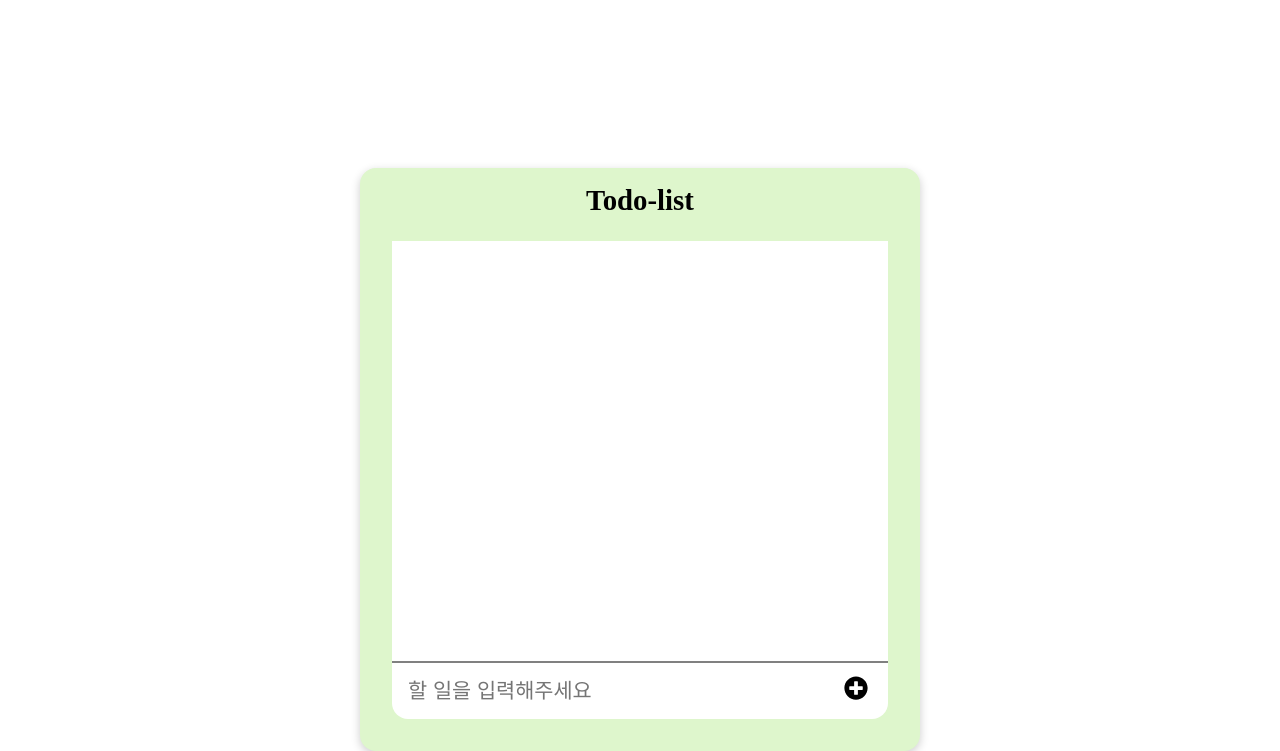
Repository: Yugayoung/todoList
Page: /
The author's editor kept a copy of each file at every save. The page is drawn from the files as they stood at one save, then again after a run of saves.
The browser window is 1280 px wide. The pictures show the whole page.
Some web fonts or font styles are not loaded; a fallback is used. The project was rebuilt for these pictures with package versions that can differ from the ones it lists, and the page was loaded fresh each time. Also part of the build but not shown: src/App.css, src/components/Todo.jsx.

Above is the page before, as saved 2024-03-26 18:17:58.

After the next 2 saves:
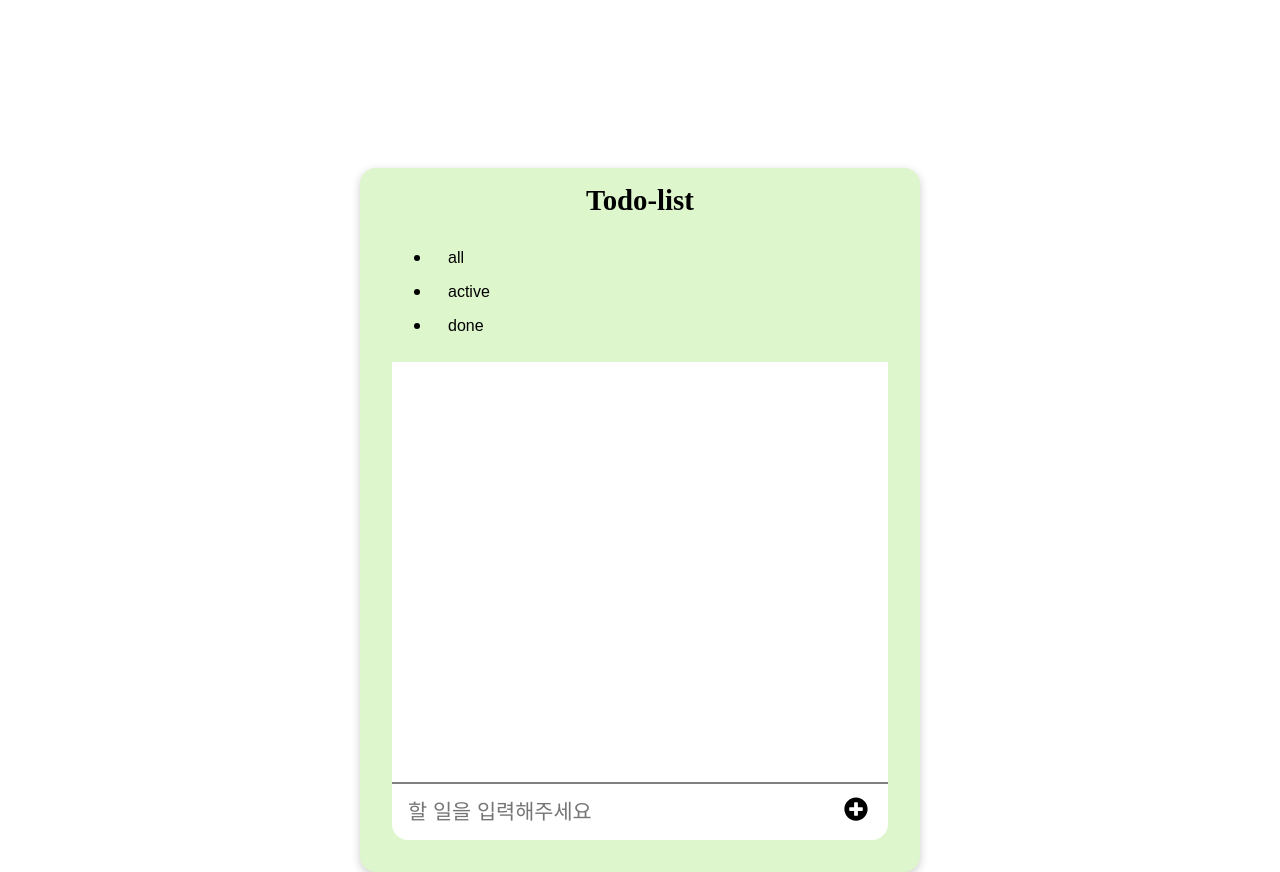
The 2 saves are shown as one change because 1 did not build or start.
The last was saved 35 s later.
--- a/src/components/Header.jsx
+++ b/src/components/Header.jsx
@@ -29,11 +29,11 @@ export default function Header({ filters, filter, onFilterChange }) {
       <Title>Todo-list</Title>
       {/* 할일 state */}
       <ul>
-        {filters.map((value, index) => {
+        {filters.map((value, index) => (
           <li key={index}>
             <TapBtn>{value}</TapBtn>
-          </li>;
-        })}
+          </li>
+        ))}
       </ul>
     </header>
   );
